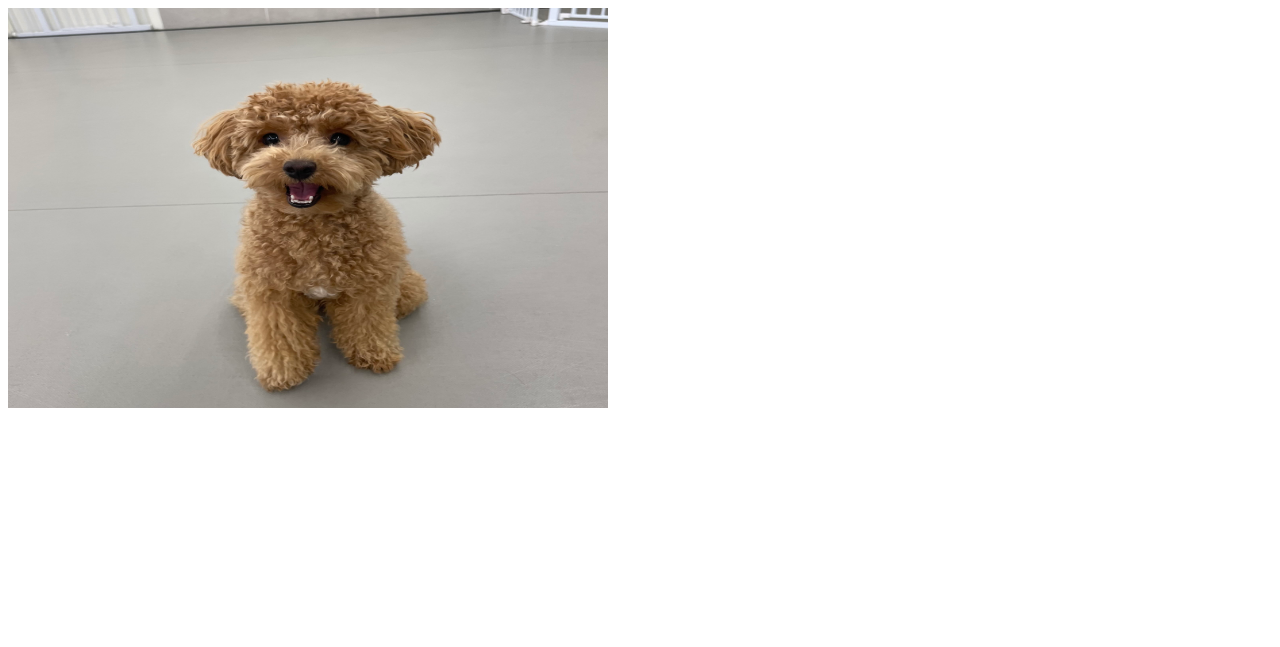
Repository: Baechangho/JavaBasic
Page: workspace_web/Front/src/main/webapp/dom/dom_03.html
These files come from the project's save history. The page is drawn as it stood at one moment and after the next save; the edit follows.
The browser window is 1280 px wide. The pictures show the whole page.

Above is the page before, as saved 2023-08-07 07:24:15.

After the next save:
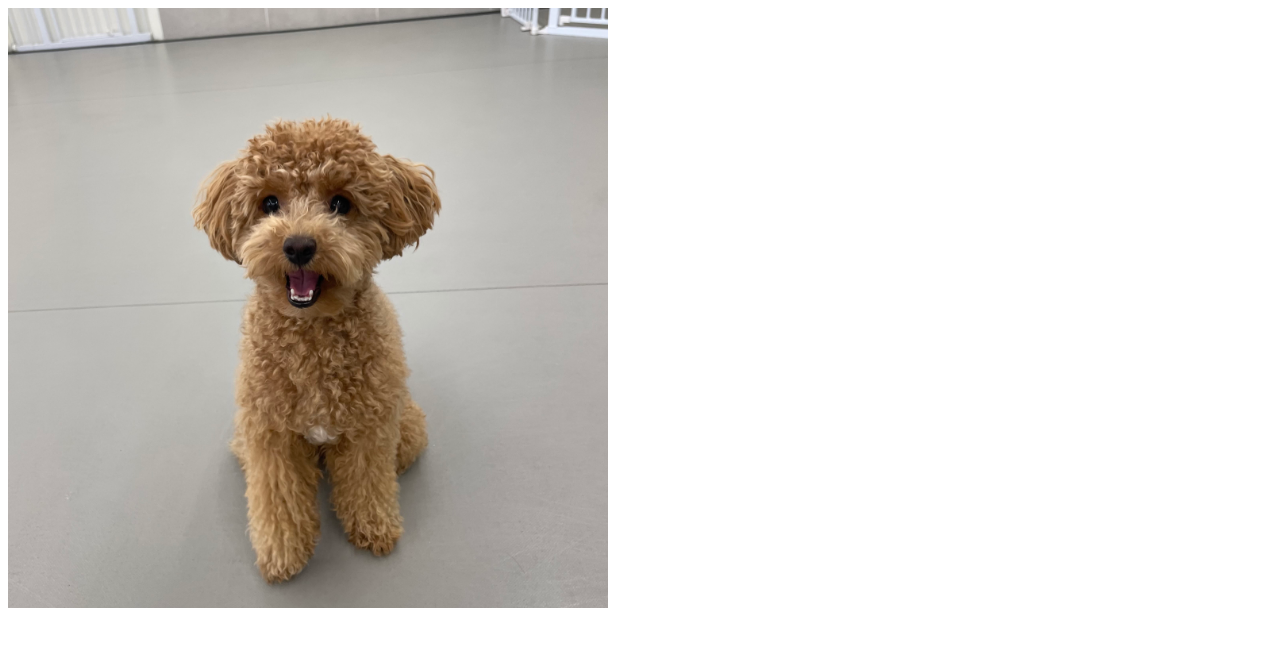
Saved 27 s later.
--- a/workspace_web/Front/src/main/webapp/dom/dom_03.html
+++ b/workspace_web/Front/src/main/webapp/dom/dom_03.html
@@ -25,7 +25,7 @@ window.onload = function(){
 	img.alt = "푸리"
 
 	img.width = "600"
-	img.height = "400"
+	img.height = "600"
 
 	document.body.appendChild(img)
 }
